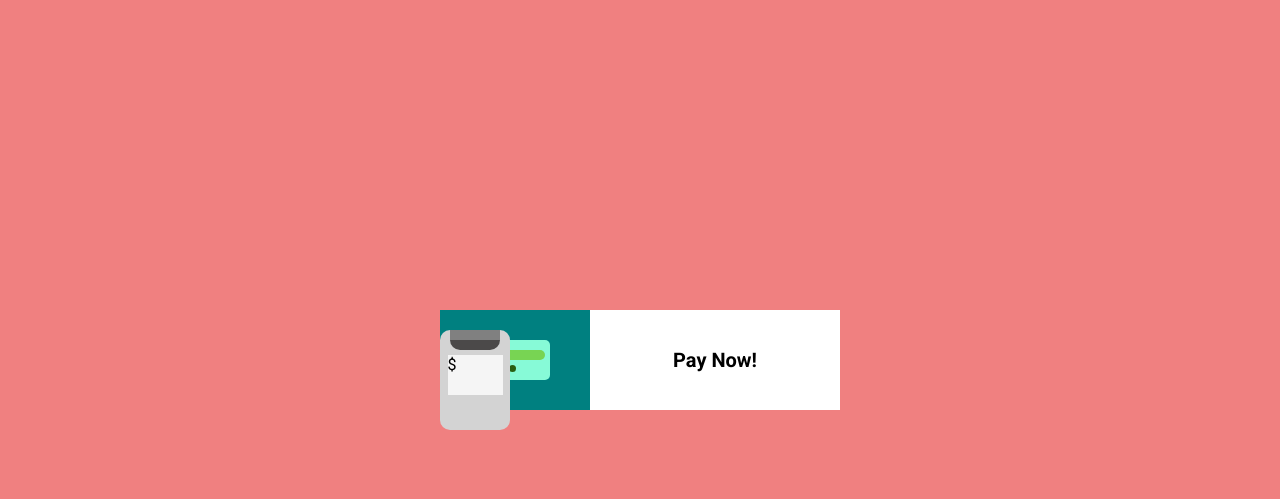
Repository: safak/animation
Page: index.html
An editor plug-in stored every save of this project. The page is shown before and after the next save, followed by the edit.
The browser window is 1280 px wide. The pictures show the whole page.

Above is the page before, as saved 2020-12-19 01:08:16.

### index.html
<html lang="en">
  <head>
    <meta charset="UTF-8" />
    <meta name="viewport" content="width=device-width, initial-scale=1.0" />
    <link rel="stylesheet" href="style.css" />
    <link
      rel="stylesheet"
      href="https://cdnjs.cloudflare.com/ajax/libs/font-awesome/5.15.1/css/all.min.css"
      integrity="sha512-+4zCK9k+qNFUR5X+cKL9EIR+ZOhtIloNl9GIKS57V1MyNsYpYcUrUeQc9vNfzsWfV28IaLL3i96P9sdNyeRssA=="
      crossorigin="anonymous"
    />
    <link rel="preconnect" href="https://fonts.gstatic.com" />
    <link
      href="https://fonts.googleapis.com/css2?family=Roboto:wght@100;300;400;500;700;900&display=swap"
      rel="stylesheet"
    />
    <title>Document</title>
  </head>
  <body>
    <div class="container">
      <div class="interactive-container">
        <div class="card">
          <div class="card-line"></div>
          <div class="card-circles">
            <div class="card-circle"></div>
            <div class="card-circle"></div>
            <div class="card-circle"></div>
          </div>
        </div>
        <div class="post">
          <div class="post-line"></div>
          <div class="post-screen"><span>$</span></div>
          <div class="post-numbers">
            <div class="post-number"></div>
            <div class="post-number"></div>
            <div class="post-number"></div>
            <div class="post-number"></div>
            <div class="post-number"></div>
            <div class="post-number"></div>
          </div>
        </div>
      </div>
      <div class="text-container">Pay Now!</div>
    </div>
  </body>
</html>

### style.css
* {
  padding: 0px;
  margin: 0px;
}

body {
  display: flex;
  align-items: center;
  justify-content: center;
  min-height: 100vh;
  background: lightcoral;
  font-family: "Roboto", sans-serif;
}

.container {
  width: 400px;
  display: flex;
  align-items: center;
  background-color: white;
  cursor: pointer;
}

.interactive-container {
  width: 150px;
  height: 100px;
  background-color: teal;
  position: relative;
  /* overflow: hidden; */
}

.card {
  width: 70px;
  height: 40px;
  background-color: rgb(135, 250, 215);
  border-radius: 5px;
  position: absolute;
  top: 30px;
  left: 40px;
}

.card-line {
  width: 60px;
  height: 10px;
  background-color: rgb(120, 212, 83);
  border-radius: 5px;
  position: absolute;
  top: 10px;
  left: 5px;
}

.card-circles {
  position: absolute;
  top: 25px;
  left: 5px;
  display: flex;
}

.card-circle {
  width: 7px;
  height: 7px;
  border-radius: 50%;
  margin-right: 5px;
}

.card-circle:nth-child(1) {
  background-color: rgb(120, 212, 83);
}

.card-circle:nth-child(2) {
  background-color: rgb(80, 153, 51);
}

.card-circle:nth-child(3) {
  background-color: rgb(40, 95, 18);
}

.post {
  width: 70px;
  height: 100px;
  border-radius: 10px;
  background-color: lightgray;
  display: flex;
  flex-direction: column;
  align-items: center;
  position: absolute;
  top: 20px;
}

.post-line {
  width: 50px;
  height: 10px;
  background-color: gray;
  position: relative;
}

.post-line:after {
  content: "";
  width: 50px;
  height: 10px;
  background-color: rgb(75, 73, 73);
  position: absolute;
  bottom: -10px;
  border-radius: 0px 0px 10px 10px;
}

.post-screen{
  width: 55px;
  height: 40px;
  background-color: whitesmoke;
  margin-top: 15px;
}

.text-container {
  width: 250px;
  font-weight: bold;
  font-size: 20px;
  display: flex;
  align-items: center;
  justify-content: center;
}

After the next save:
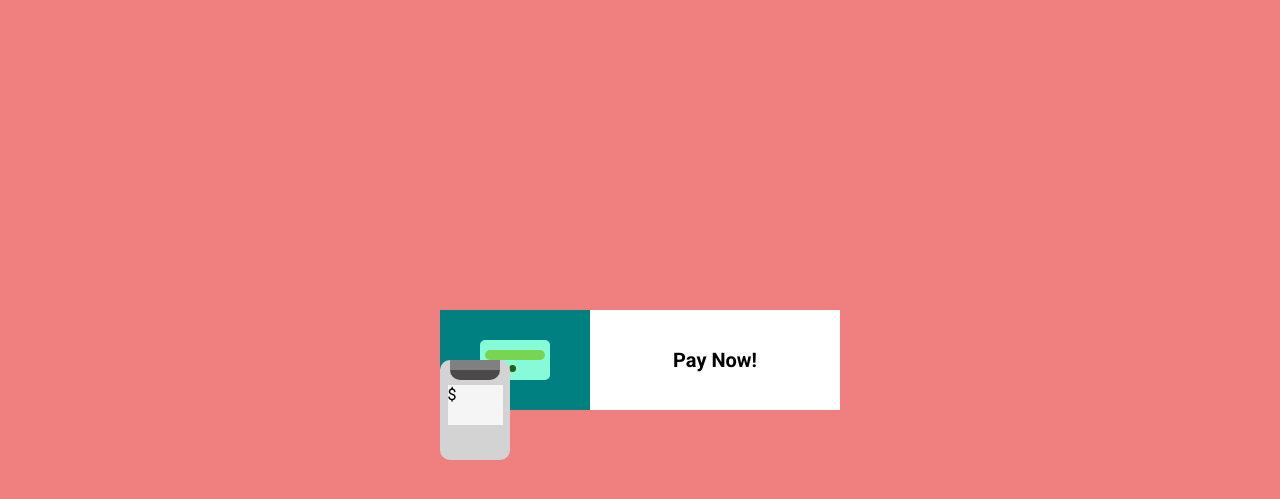
Saved 8 s later.
--- a/style.css
+++ b/style.css
@@ -83,7 +83,7 @@ body {
   flex-direction: column;
   align-items: center;
   position: absolute;
-  top: 20px;
+  top: 50px;
 }
 
 .post-line {
